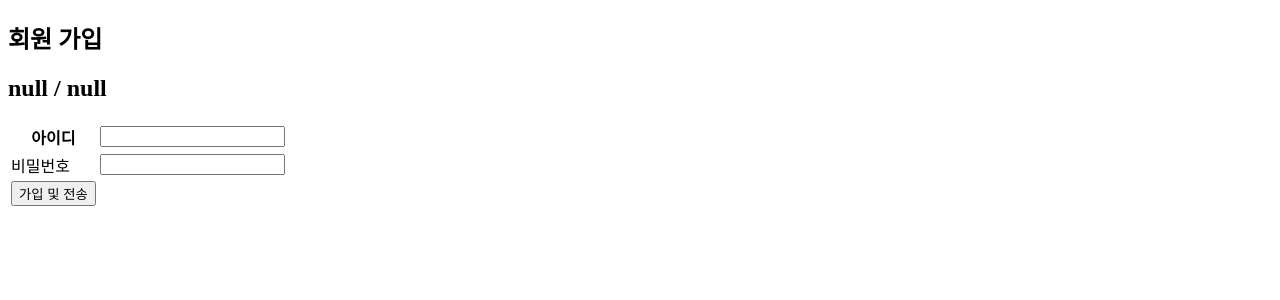
Repository: back-seung/academy
Page: http://localhost/SpringDay01/memberInputForm
An editor plug-in stored every save of this project. The page is shown before and after the next save, followed by the edit.
The browser window is 1280 px wide. The pictures show the whole page.
The page is served by Tomcat 9. Other server files are loaded and not shown.

Above is the page before, as saved 2021-11-22 12:30:26.

### SpringDay01/src/main/webapp/WEB-INF/views/memberInput.jsp
<%@ page language="java" contentType="text/html; charset=UTF-8"
    pageEncoding="UTF-8"%>
<!DOCTYPE html>
<html>
  <head>
    <meta charset="UTF-8" />
    <title>Insert title here</title>
  </head>
  <body>
    <form action="memberListForm" method="GET">
      <h2>회원 가입</h2>
      <h2 id="print">${print}</h2>
      <table>
        <tr>
          <th>아이디</th>
          <th><input id="id" type="text" name="id" /></th>
        </tr>
        <tr>
          <td>비밀번호</td>
          <td><input id="pw" type="password" name="pw" /></td>
        </tr>
        <tr>
          <td><input type="submit" value="가입 및 전송"/></td>
        </tr>
      </table>
    </form>
    <script>
    </script>
  </body>
</html>

After the next save:
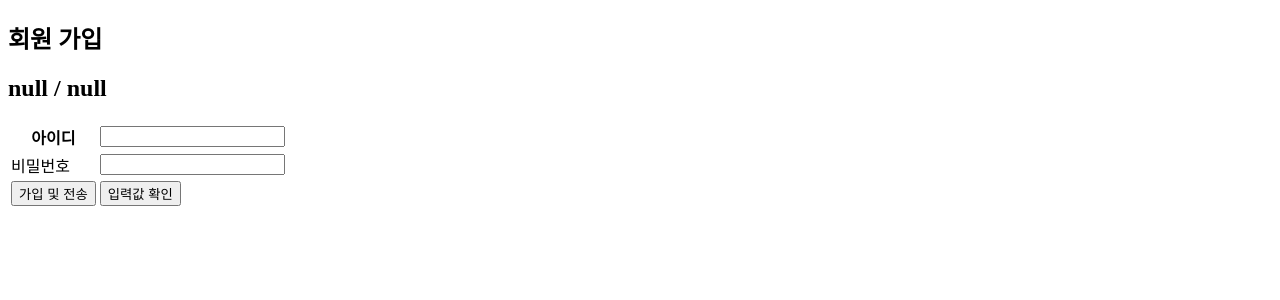
Saved 31 s later.
--- a/SpringDay01/src/main/webapp/WEB-INF/views/memberInput.jsp
+++ b/SpringDay01/src/main/webapp/WEB-INF/views/memberInput.jsp
@@ -21,6 +21,7 @@
         </tr>
         <tr>
           <td><input type="submit" value="가입 및 전송"/></td>
+          <td><input type="button" value="입력값 확인"/></td>
         </tr>
       </table>
     </form>

After the save that followed:
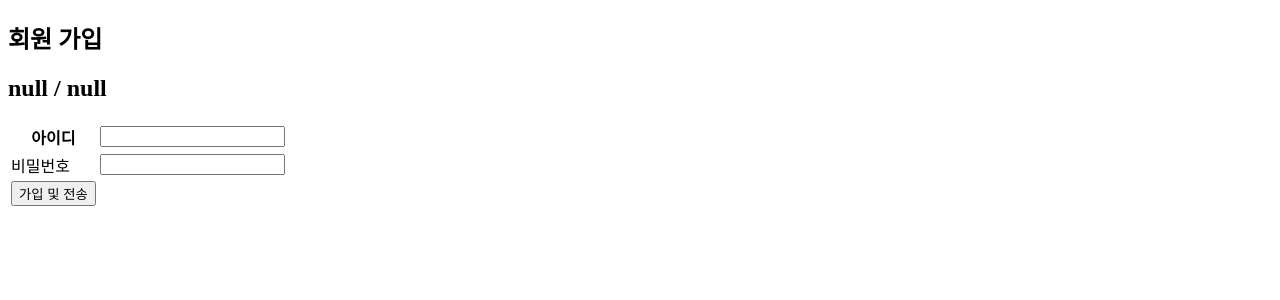
Saved 6 min 11 s later.
--- a/SpringDay01/src/main/webapp/WEB-INF/views/memberInput.jsp
+++ b/SpringDay01/src/main/webapp/WEB-INF/views/memberInput.jsp
@@ -21,7 +21,6 @@
         </tr>
         <tr>
           <td><input type="submit" value="가입 및 전송"/></td>
-          <td><input type="button" value="입력값 확인"/></td>
         </tr>
       </table>
     </form>
